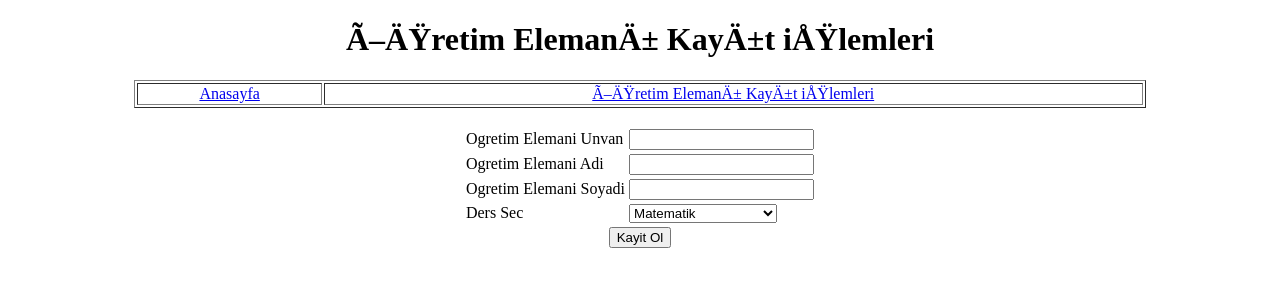
Repository: Egemen-ve-Burakhan-internet-final/final
Page: http://localhost/ogretim/ogretmen_kayit.jsp
An editor plug-in stored every save of this project. The page is shown before and after the next save, followed by the edit.
The browser window is 1280 px wide. The pictures show the whole page.
The page is served by Tomcat 9. Other server files are loaded and not shown.

Above is the page before, as saved 2020-05-30 13:04:14.

### okul/ogretim/WebContent/ogretmen_kayit.jsp
<%@ page language="java" contentType="text/html; charset=ISO-8859-1"
    pageEncoding="ISO-8859-1"%>
<!DOCTYPE html>
<html>
<head>
<meta charset="ISO-8859-1">
<title>Ogretmen Kayit Sayfasi</title>
</head>
<body>
	<div>
		<div>
			<h1 style="text-align:center">Öğretim Elemanı Kayıt işlemleri</h1>
		</div>
		<div>
			<table border=1px; width="80%" align= center>
				<tr>
					<td style="text-align:center"><a href="index.jsp">Anasayfa               </a></td>
					<td style="text-align:center"><a href="ogretmen_kayit.jsp">Öğretim Elemanı Kayıt işlemleri</a></td>
				</tr>
			</table>
		</div><br>

		<div>
			<form name="forum" action="Servlet" method="post">
				<table align= center>

					<tr>
						<td><label>Ogretim Elemani Unvan</label></td>
						<td><input type="text" name="unvan" id="unvan"></td>
					</tr>

					<tr>
						<td><label>Ogretim Elemani Adi</label></td>
						<td><input type="text" name="ad" id="ad"></td>
					</tr>

					<tr>
						<td><label>Ogretim Elemani Soyadi</label></td>
						<td><input type="text" name="soyad" id="soyad"></td>
					</tr>

					<tr>
						<td><label>Ders Sec</label></td>
						<td>
							<select name="ders" id="ders">
							    <option value="1">Matematik</option>
							    <option value="2">Turkce</option>
							    <option value="3">Ingilizce</option>
							    <option value="4">Tarih</option>
							    <option value="5">Felsefe</option>
							    <option value="6">Biyoloji</option>
							    <option value="7">Fizik</option>
							    <option value="8">Kimya</option>
							    <option value="9">Internet Programciligi</option>
							    <option value="10">Muzik</option>
							    <option value="11">Beden Egitimi</option>
							    <option value="12">Din Kulturu</option>
			 			 	</select>
			 			</td>
					</tr>
					<tr>
						<td colspan="2" align=center><input type="submit" id="gonder" name="gonder" value="Kayit Ol"></td>
					</tr>
				</table>
			</form>
		</div>


	</div>
</body>
</html>

After the next save:
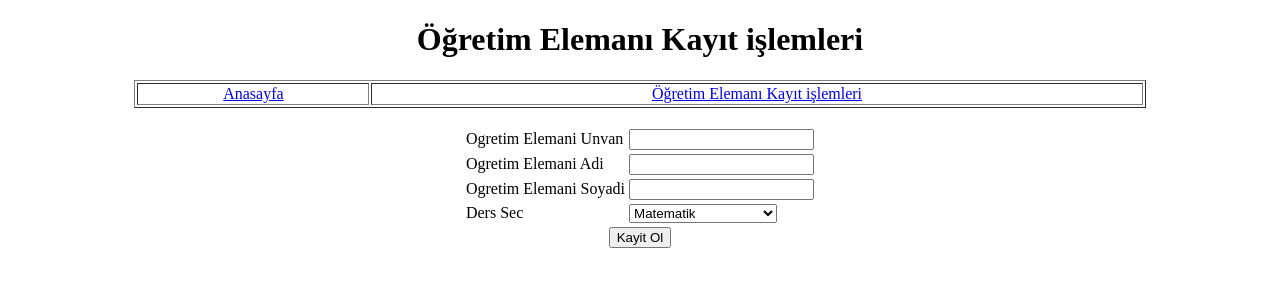
Saved 20 s later.
--- a/okul/ogretim/WebContent/ogretmen_kayit.jsp
+++ b/okul/ogretim/WebContent/ogretmen_kayit.jsp
@@ -1,5 +1,5 @@
-<%@ page language="java" contentType="text/html; charset=ISO-8859-1"
-    pageEncoding="ISO-8859-1"%>
+<%@ page language="java" contentType="text/html; charset=UTF-8"
+    pageEncoding="UTF-8"%>
 <!DOCTYPE html>
 <html>
 <head>
